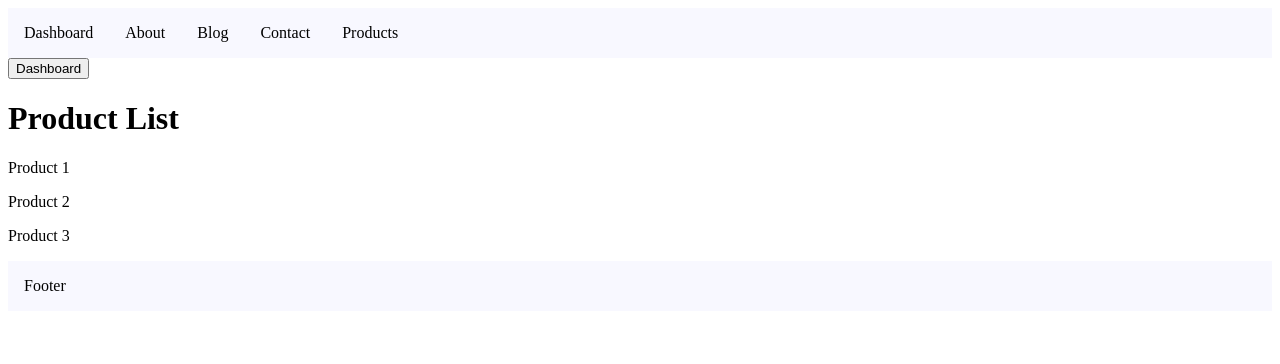
Repository: Mbote-Joseph/Nextjs-Learning
Page: /products
These files come from the project's save history. The page is drawn as it stood at one moment and after the next save; the edit follows.
The browser window is 1280 px wide. The pictures show the whole page.
The project was rebuilt for these pictures with package versions that can differ from the ones it lists, and the page was loaded fresh each time. The framework's server and built-in components were replaced by stand-ins that run in the browser. Also part of the build but not shown: next.config.mjs.

Above is the page before, as saved 2024-09-17 18:20:03.

After the next save:
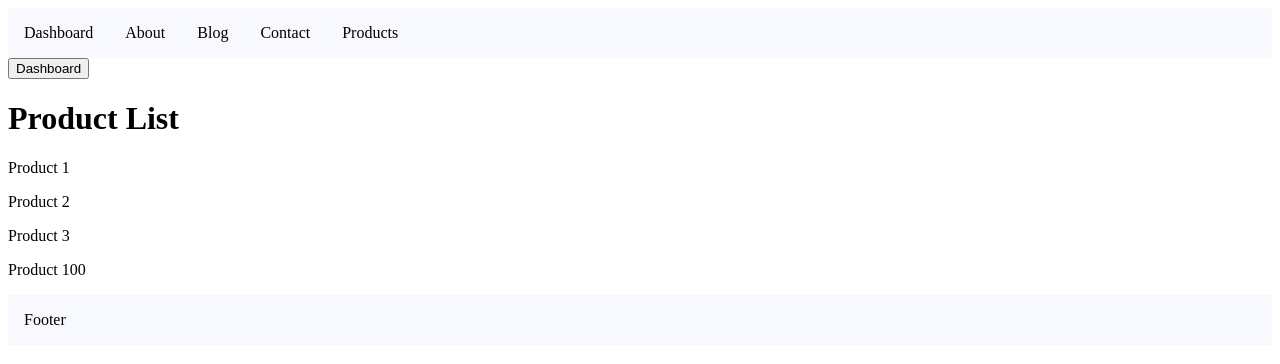
Saved 7 min 10 s later.
--- a/src/app/products/page.tsx
+++ b/src/app/products/page.tsx
@@ -3,6 +3,7 @@ import { useRouter } from "next/navigation"
 
 export default function ProductList(){
     const router = useRouter();
+    const productId = 100;
 
     return (
         <>
@@ -11,6 +12,7 @@ export default function ProductList(){
         <p onClick={()=>router.push("./products/1")}>Product 1</p>
         <p onClick={()=>router.push("./products/2")}>Product 2</p>
         <p onClick={()=>router.push("./products/3")}>Product 3</p>
+        <p onClick={()=>router.push((`./product/${productId}`))}> Product 100</p>
         </>
     )
 }
